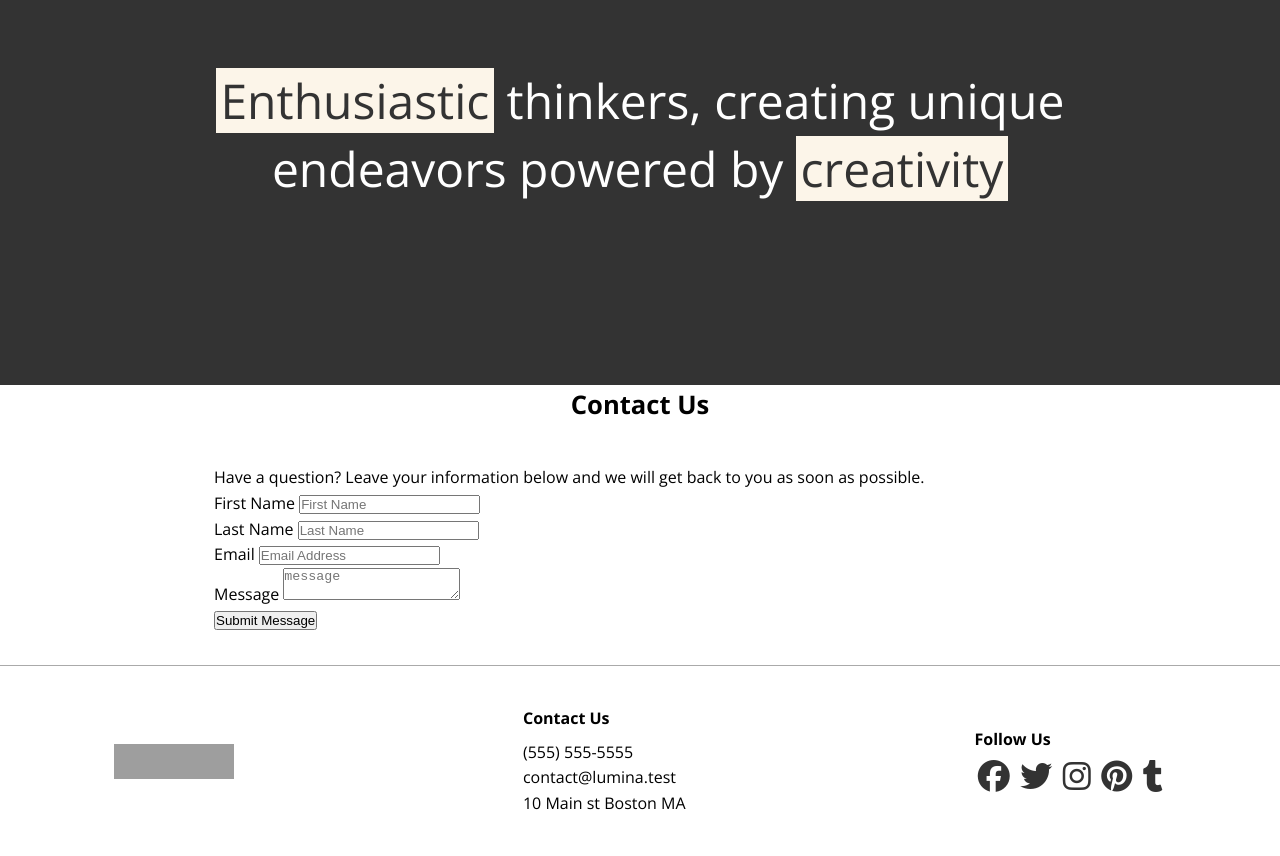
Repository: AchrafAzzaoui/lumina-creative-html-css-project
Page: lumina-creative/contact.html
These files come from the project's save history. The page is drawn as it stood at one moment and after the next save; the edit follows.
The browser window is 1280 px wide. The pictures show the part of the page from y = 261 to 1213 px (the page is 1117 px tall before and 1213 px after).
Pictures or frames that could not be fetched are drawn as grey boxes. A picture or video elsewhere on the page could not be fetched, so the positions and the page height are approximate. Some web libraries are served in a nearby version.

Above is the page before, as saved 2024-08-22 22:19:59.

After the next save:
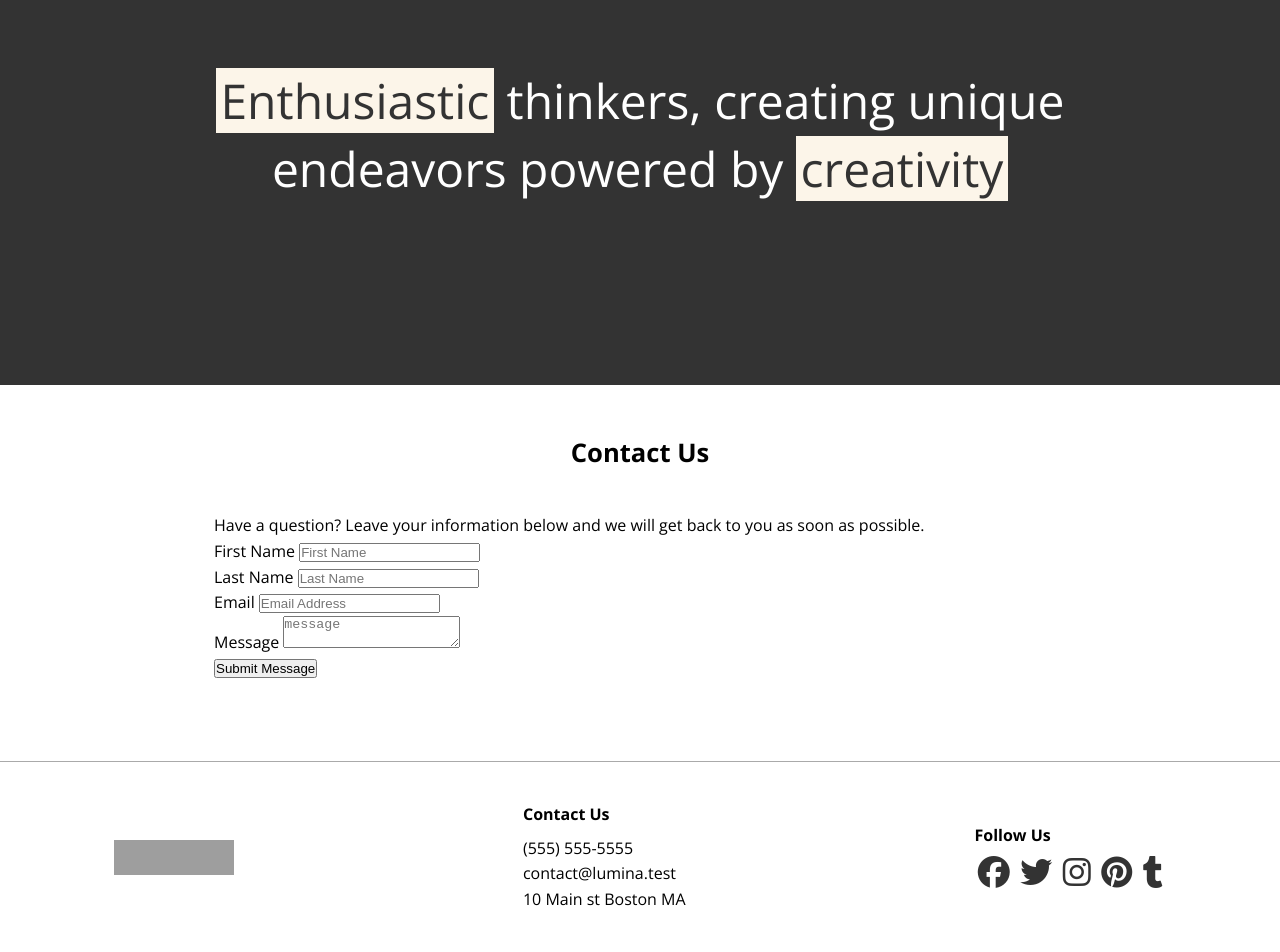
Saved 77 s later.
--- a/lumina-creative/css/styles.css
+++ b/lumina-creative/css/styles.css
@@ -178,6 +178,11 @@ img {
 
 .team img {
   border-radius: 10px;
+}
+
+/* Contact */
+.contact {
+  padding: 3rem;
 }
 
 /* Media Queries */
